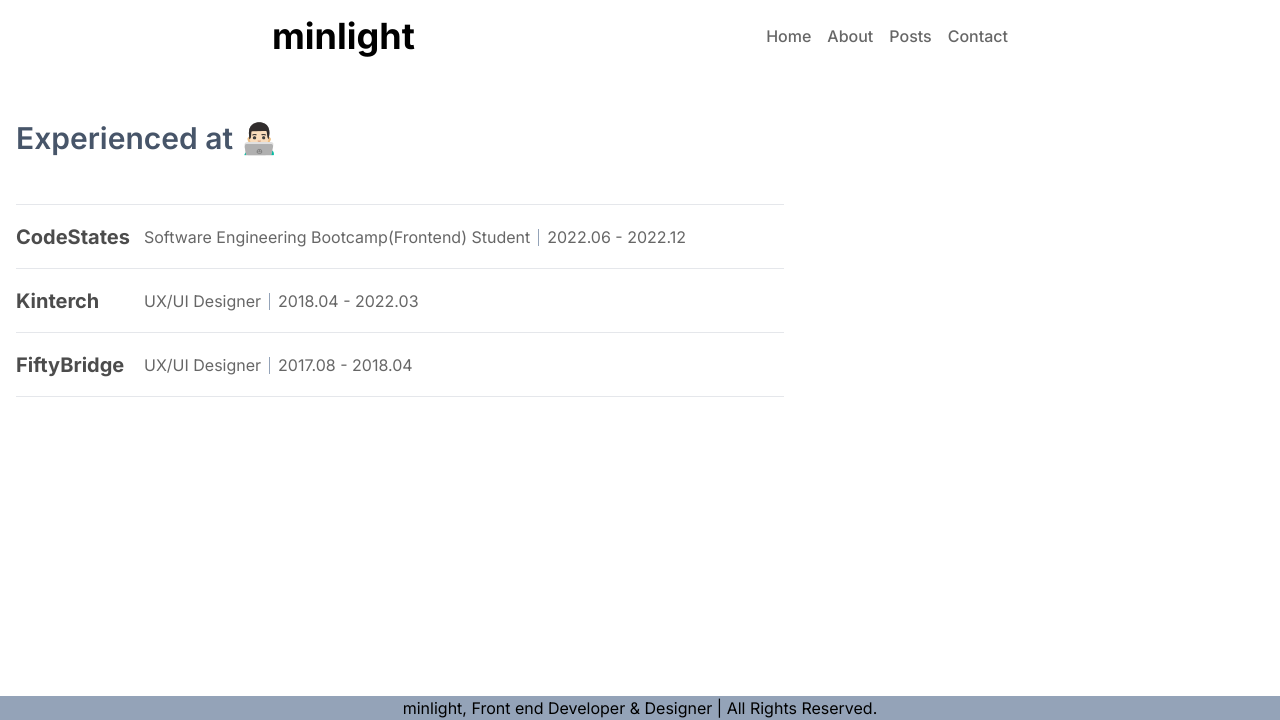
Repository: kwngmin/minlight-blog
Page: /about
These files come from the project's save history. The page is drawn as it stood at one moment and after the next save; the edit follows.
The browser window is 1280 px wide. The pictures show the whole page.
The project was rebuilt for these pictures with package versions that can differ from the ones it lists, and the page was loaded fresh each time. The framework's server and built-in components were replaced by stand-ins that run in the browser. Also part of the build but not shown: next.config.js.

Above is the page before, as saved 2023-04-01 00:28:37.

After the next save:
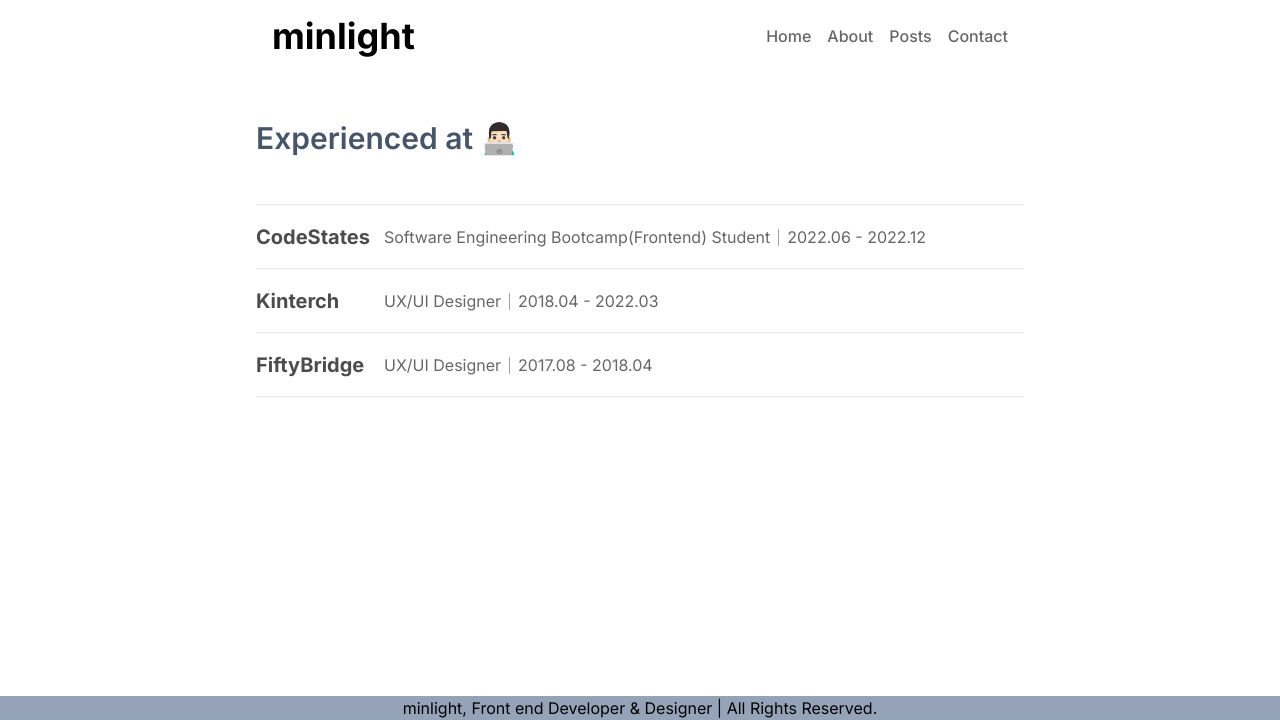
Saved 4 s later.
--- a/src/app/about/page.tsx
+++ b/src/app/about/page.tsx
@@ -18,7 +18,7 @@ export default function AboutPage() {
   ];
   return (
     <div>
-      <article className="max-w-screen-md">
+      <article className="max-w-screen-md mx-auto">
         <h2 className="text-3xl font-semibold text-slate-600 border-b py-12">
           Experienced at 👨🏻‍💻
         </h2>
